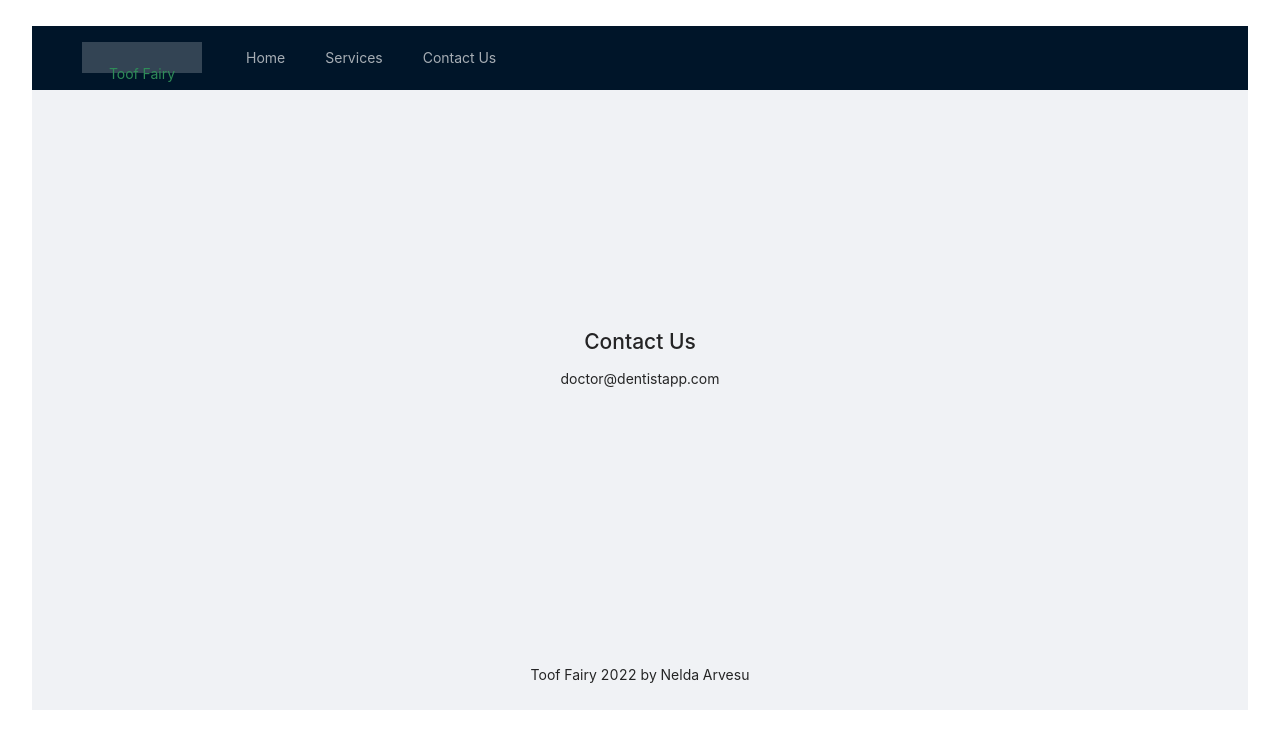
Repository: neldad1/dentist-app
Page: /contact
An editor plug-in stored every save of this project. The page is shown before and after the next save, followed by the edit.
The browser window is 1280 px wide. The pictures show the whole page.
The project was rebuilt for these pictures with package versions that can differ from the ones it lists, and the page was loaded fresh each time. Also part of the build but not shown: src/components/Home.jsx, src/components/Services/Cosmetic.jsx, src/components/Services/Resorative.jsx, src/components/Services/Preventative.jsx. Imported but missing from the stored project, and not drawn on this page: src/components/Services.

Above is the page before, as saved 2022-03-09 13:26:56.

After the next save:
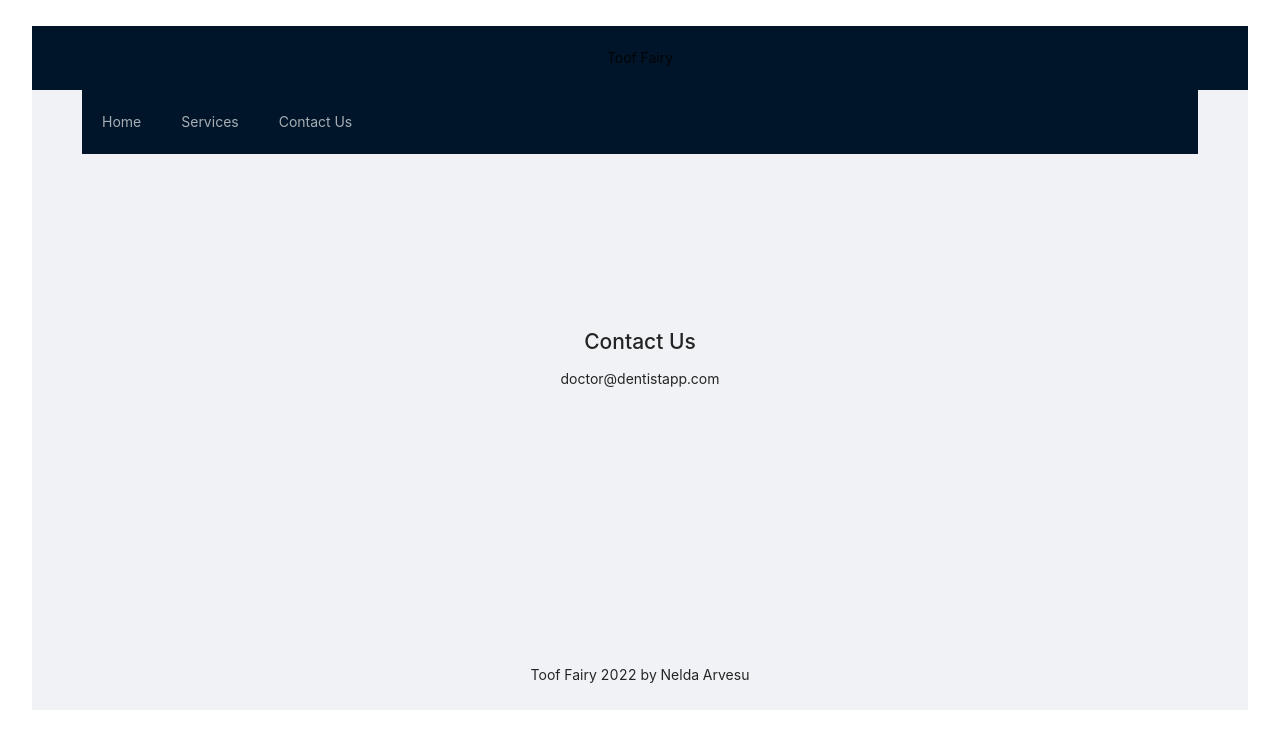
Saved 21 s later.
--- a/src/components/HeaderLogo.jsx
+++ b/src/components/HeaderLogo.jsx
@@ -1,5 +1,5 @@
 const HeaderLogo = () => {
-  return <span className="logo">Toof Fairy</span>;
+  return <span>Toof Fairy</span>;
 };
 
 export default HeaderLogo;

After the save that followed:
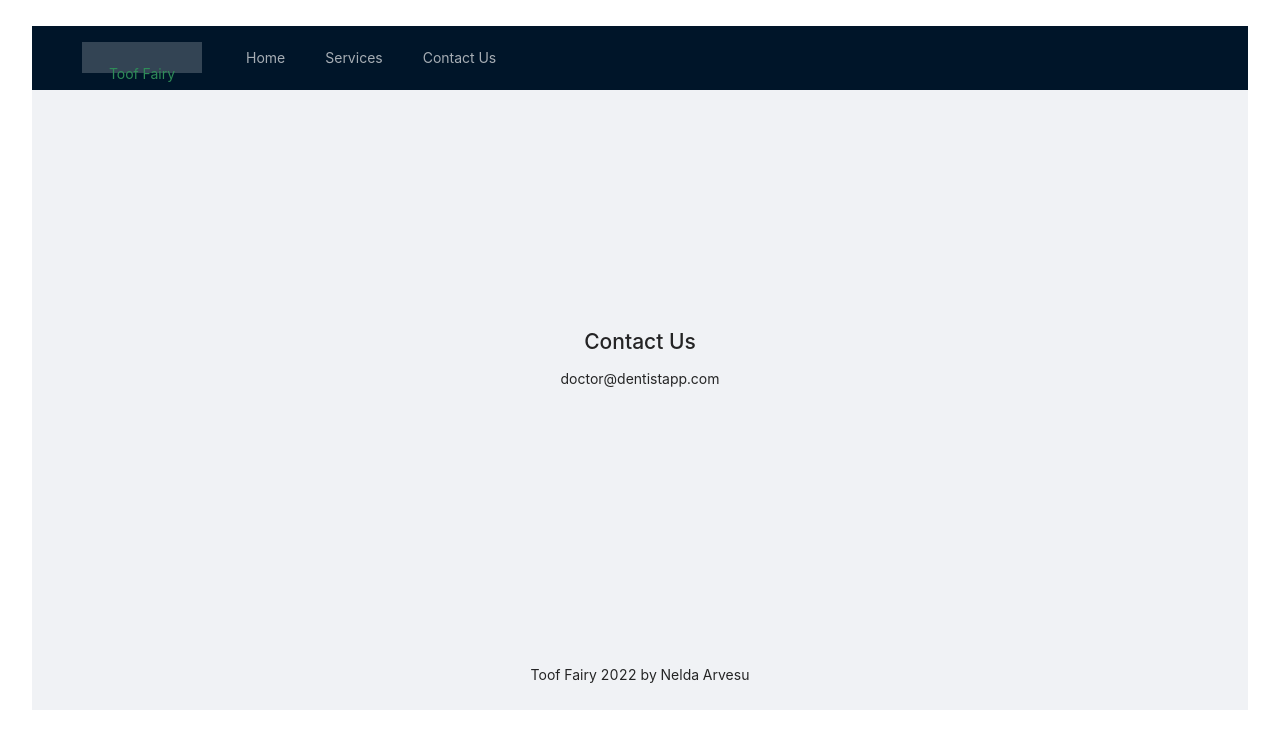
Saved 10 s later.
--- a/src/components/HeaderLogo.jsx
+++ b/src/components/HeaderLogo.jsx
@@ -1,5 +1,5 @@
 const HeaderLogo = () => {
-  return <span>Toof Fairy</span>;
+  return <span className="logo">Toof Fairy</span>;
 };
 
 export default HeaderLogo;
